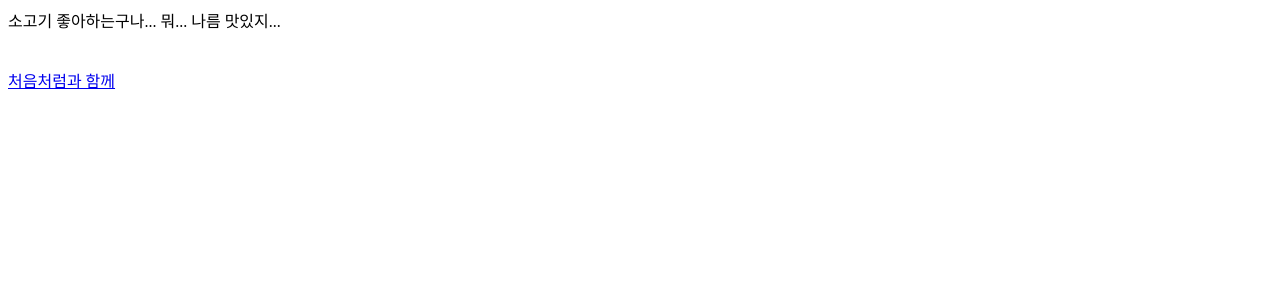
Repository: hyun5292/school
Page: http://localhost/PSH_1102_2/beef.jsp
The author's editor kept a copy of each file at every save. The page is drawn from the files as they stood at one save, then again after the next save.
The browser window is 1280 px wide. The pictures show the whole page.
The page is served by Tomcat 9.

Above is the page before, as saved 2018-11-02 07:48:10.

### JSP2-2/PSH_1102/PSH_1102_2/WebContent/beef.jsp
<%@ page language="java" contentType="text/html; charset=EUC-KR"
    pageEncoding="EUC-KR"%>
<!DOCTYPE html>
<html>
<head>
<meta charset="EUC-KR">
<title>Insert title here</title>
</head>
<body>
<%!String kind;%>
<%
kind = request.getParameter("kind");
%>
소고기 좋아하는구나... 뭐... 나름 맛있지...<br/><br/><br/>
<a href="requestex.html">처음처럼과 함께</a>

</body>
</html>

After the next save:
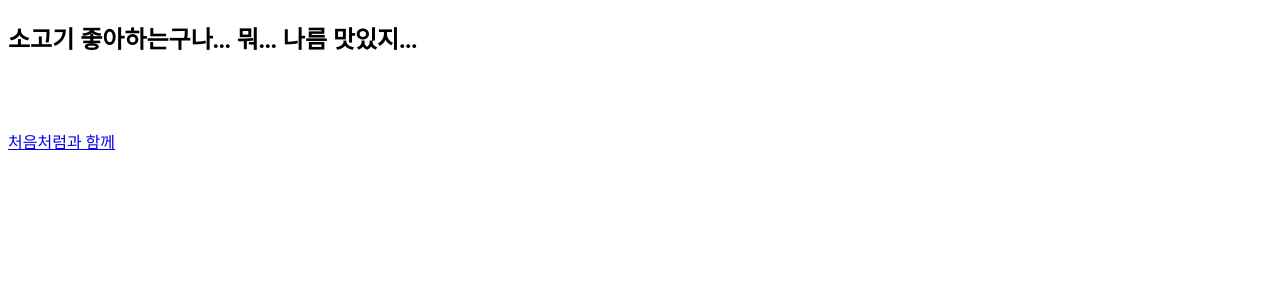
Saved 41 s later.
--- a/JSP2-2/PSH_1102/PSH_1102_2/WebContent/beef.jsp
+++ b/JSP2-2/PSH_1102/PSH_1102_2/WebContent/beef.jsp
@@ -11,7 +11,7 @@
 <%
 kind = request.getParameter("kind");
 %>
-소고기 좋아하는구나... 뭐... 나름 맛있지...<br/><br/><br/>
+<h2>소고기 좋아하는구나... 뭐... 나름 맛있지...</h2><br/><br/><br/>
 <a href="requestex.html">처음처럼과 함께</a>
 
 </body>
